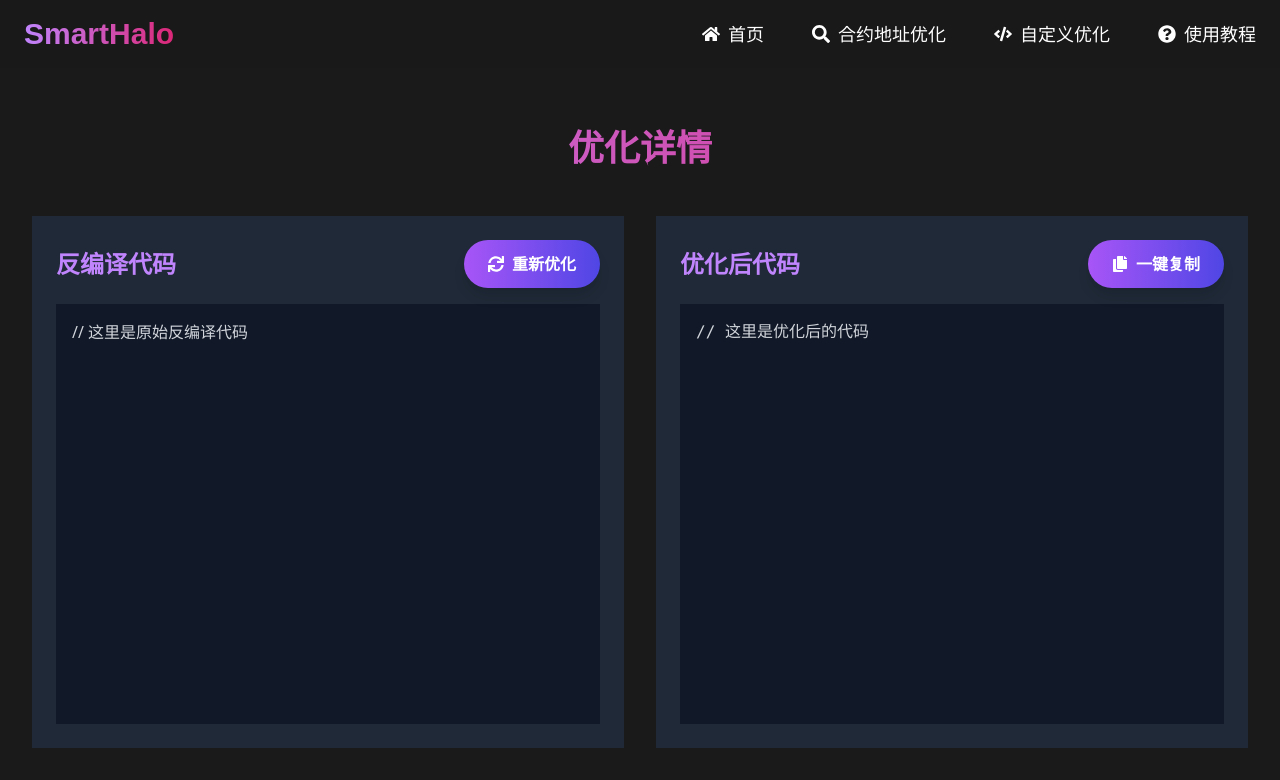
Repository: RunnerQuan/smart-halo
Page: /optimization-details
The author's editor kept a copy of each file at every save. The page is drawn from the files as they stood at one save, then again after the next save.
The browser window is 1280 px wide. The pictures show the whole page.
The project was rebuilt for these pictures with package versions that can differ from the ones it lists, and the page was loaded fresh each time. The framework's server and built-in components were replaced by stand-ins that run in the browser. Also part of the build but not shown: next.config.mjs.

Above is the page before, as saved 2024-10-18 14:54:39.

### app/optimization-details/page.tsx
// "use client";

// import { useState } from 'react';
// import { motion } from 'framer-motion';
// import AnimatedButton from '../../components/ui/animated-button';
// import Navbar from '../../components/Navbar';
// import { FaCopy, FaSync } from 'react-icons/fa';

// export default function OptimizationDetails() {
//   const [isCopied, setIsCopied] = useState(false);
//   const [originalCode, setOriginalCode] = useState('// 这里是原始反编译代码');
//   const [optimizedCode, setOptimizedCode] = useState('// 这里是优化后的代码');

//   const handleCopy = () => {
//     navigator.clipboard.writeText(optimizedCode);
//     setIsCopied(true);
//     setTimeout(() => setIsCopied(false), 2000);
//   };

//   const handleReoptimize = () => {
//     // 这里应该是重新优化的逻辑
//     console.log("重新优化");
//   };

//   return (
//     <main className="flex min-h-screen flex-col items-center justify-start p-8 bg-[#1A1A1A] text-white font-sans">
//       <Navbar />
//       <div className="mt-24 w-full max-w-7xl mx-auto">
//         <motion.h1
//           className="text-4xl font-bold mb-12 text-center text-transparent bg-clip-text bg-gradient-to-r from-purple-400 to-pink-600"
//           initial={{ opacity: 0, y: -50 }}
//           animate={{ opacity: 1, y: 0 }}
//           transition={{ duration: 0.5 }}
//         >
//           优化详情
//         </motion.h1>

//         <div className="w-full flex flex-col md:flex-row space-y-8 md:space-y-0 md:space-x-8">
//           <motion.div
//             className="flex-1 bg-gray-800 rounded-lg p-6 relative"
//             initial={{ opacity: 0, x: -50 }}
//             animate={{ opacity: 1, x: 0 }}
//             transition={{ duration: 0.5, delay: 0.2 }}
//           >
//             <h2 className="text-2xl font-semibold mb-4 text-purple-400 text-center">反编译代码</h2>
//             <textarea
//               className="w-full h-[calc(100vh-300px)] bg-gray-900 text-gray-300 p-4 rounded-lg focus:outline-none focus:ring-2 focus:ring-purple-500"
//               value={originalCode}
//               onChange={(e) => setOriginalCode(e.target.value)}
//             ></textarea>
//             <div className="absolute bottom-4 right-4">
//               <AnimatedButton onClick={handleReoptimize} className="flex items-center">
//                 <FaSync className="mr-2" />
//                 重新优化
//               </AnimatedButton>
//             </div>
//           </motion.div>

//           <motion.div
//             className="flex-1 bg-gray-800 rounded-lg p-6"
//             initial={{ opacity: 0, x: 50 }}
//             animate={{ opacity: 1, x: 0 }}
//             transition={{ duration: 0.5, delay: 0.4 }}
//           >
//             <h2 className="text-2xl font-semibold mb-4 text-purple-400 text-center">优化后代码</h2>
//             <div className="relative">
//               <pre className="w-full h-[calc(100vh-300px)] bg-gray-900 text-gray-300 p-4 rounded-lg overflow-auto">
//                 {optimizedCode}
//               </pre>
//               <div className="absolute bottom-4 right-4">
//                 <AnimatedButton onClick={handleCopy} className="flex items-center">
//                   <FaCopy className="mr-2" />
//                   一键复制
//                 </AnimatedButton>
//               </div>
//             </div>
//           </motion.div>
//         </div>

//         {isCopied && (
//           <motion.div
//             className="fixed bottom-8 right-8 bg-green-500 text-white px-4 py-2 rounded-lg shadow-lg"
//             initial={{ opacity: 0, y: 50 }}
//             animate={{ opacity: 1, y: 0 }}
//             exit={{ opacity: 0, y: 50 }}
//           >
//             优化后代码已复制到剪贴板
//           </motion.div>
//         )}
//       </div>
//     </main>
//   );
// }

"use client";

import { useState, useEffect, useRef } from 'react';
import { motion } from 'framer-motion';
import AnimatedButton from '../../components/ui/animated-button';
import Navbar from '../../components/Navbar';
import { FaCopy, FaSync } from 'react-icons/fa';

export default function OptimizationDetails() {
  const [isCopied, setIsCopied] = useState(false);
  const [originalCode, setOriginalCode] = useState('// 这里是原始反编译代码');
  const [optimizedCode, setOptimizedCode] = useState('// 这里是优化后的代码');
  const leftRef = useRef(null);
  const rightRef = useRef(null);

  useEffect(() => {
    const handleResize = () => {
      if (leftRef.current && rightRef.current) {
        rightRef.current.style.height = leftRef.current.style.height;
      }
    };

    window.addEventListener('resize', handleResize);
    handleResize();

    return () => {
      window.removeEventListener('resize', handleResize);
    };
  }, []);

  const handleCopy = () => {
    navigator.clipboard.writeText(optimizedCode);
    setIsCopied(true);
    setTimeout(() => setIsCopied(false), 2000);
  };

  const handleReoptimize = () => {
    // 这里应该是重新优化的逻辑
    console.log("重新优化");
  };

  return (
    <main className="flex min-h-screen flex-col items-center justify-start p-8 bg-[#1A1A1A] text-white font-sans">
      <Navbar />
      <div className="mt-24 w-full max-w-7xl mx-auto">
        <motion.h1
          className="text-4xl font-bold mb-12 text-center text-transparent bg-clip-text bg-gradient-to-r from-purple-400 to-pink-600"
          initial={{ opacity: 0, y: -50 }}
          animate={{ opacity: 1, y: 0 }}
          transition={{ duration: 0.5 }}
        >
          优化详情
        </motion.h1>

        <div className="w-full flex flex-col md:flex-row space-y-8 md:space-y-0 md:space-x-8">
          <motion.div
            ref={leftRef}
            className="flex-1 bg-gray-800 rounded-lg p-6 relative flex flex-col overflow-auto"
            initial={{ opacity: 0, x: -50 }}
            animate={{ opacity: 1, x: 0 }}
            transition={{ duration: 0.5, delay: 0.2 }}
          >
            <div className="flex justify-between items-center mb-4">
              <h2 className="text-2xl font-semibold text-purple-400">反编译代码</h2>
              <AnimatedButton onClick={handleReoptimize} className="flex items-center">
                <FaSync className="mr-2" />
                重新优化
              </AnimatedButton>
            </div>
            <textarea
              className="w-full h-[calc(100vh-300px)] bg-gray-900 text-gray-300 p-4 rounded-lg focus:outline-none focus:ring-2 focus:ring-purple-500 resize-none"
              value={originalCode}
              onChange={(e) => setOriginalCode(e.target.value)}
            ></textarea>
          </motion.div>

          <motion.div
            ref={rightRef}
            className="flex-1 bg-gray-800 rounded-lg p-6 relative flex flex-col overflow-auto"
            initial={{ opacity: 0, x: 50 }}
            animate={{ opacity: 1, x: 0 }}
            transition={{ duration: 0.5, delay: 0.4 }}
          >
            <div className="flex justify-between items-center mb-4">
              <h2 className="text-2xl font-semibold text-purple-400">优化后代码</h2>
              <AnimatedButton onClick={handleCopy} className="flex items-center">
                <FaCopy className="mr-2" />
                一键复制
              </AnimatedButton>
            </div>
            <pre className="w-full h-[calc(100vh-300px)] bg-gray-900 text-gray-300 p-4 rounded-lg overflow-auto resize-none">
              {optimizedCode}
            </pre>
          </motion.div>
        </div>

        {isCopied && (
          <motion.div
            className="fixed bottom-8 right-8 bg-green-500 text-white px-4 py-2 rounded-lg shadow-lg"
            initial={{ opacity: 0, y: 50 }}
            animate={{ opacity: 1, y: 0 }}
            exit={{ opacity: 0, y: 50 }}
          >
            优化后代码已复制到剪贴板
          </motion.div>
        )}
      </div>
    </main>
  );
}

### app/globals.css
@import url('https://fonts.googleapis.com/css2?family=Roboto:wght@300;400;500;700&display=swap');

@tailwind base;
@tailwind components;
@tailwind utilities;

:root {
  --foreground-rgb: 255, 255, 255;
  --background-start-rgb: 42, 42, 42;
  --background-end-rgb: 42, 42, 42;
}

body {
  color: rgb(var(--foreground-rgb));
  background: linear-gradient(
      to bottom,
      transparent,
      rgb(var(--background-end-rgb))
    )
    rgb(var(--background-start-rgb));
  font-family: 'Roboto', sans-serif;
}

### components/ui/animated-button.tsx
import React from 'react';

interface AnimatedButtonProps extends React.ButtonHTMLAttributes<HTMLButtonElement> {
  children: React.ReactNode;
}

const AnimatedButton: React.FC<AnimatedButtonProps> = ({ children, className, ...props }) => {
  return (
    <button
      className={`
        px-6 py-3 rounded-full text-white font-semibold
        bg-gradient-to-r from-purple-500 to-indigo-600
        hover:from-purple-600 hover:to-indigo-700
        transform hover:scale-105 transition duration-300 ease-in-out
        focus:outline-none focus:ring-2 focus:ring-purple-500 focus:ring-opacity-50
        shadow-lg hover:shadow-xl
        ${className}
      `}
      {...props}
    >
      {children}
    </button>
  );
};

export default AnimatedButton;

### components/Navbar.tsx
import Link from "next/link";
import { FaHome, FaCode, FaSearch, FaQuestionCircle } from 'react-icons/fa';

const navItems = [
  { name: '首页', href: '/', icon: <FaHome className="mr-2" /> },
  { name: '合约地址优化', href: '/contract-optimization', icon: <FaSearch className="mr-2" /> },
  { name: '自定义优化', href: '/custom-optimization', icon: <FaCode className="mr-2" /> },
  { name: '使用教程', href: '/help', icon: <FaQuestionCircle className="mr-2" /> },
];

export default function Navbar() {
  return (
    <nav className="fixed top-0 left-0 right-0 z-10 bg-[#1A1A1A] bg-opacity-80 backdrop-filter backdrop-blur-lg">
      <div className="container mx-auto px-6 py-4 flex justify-between items-center">
        <Link href="/" className="flex items-center">
          <span className="text-3xl font-bold bg-clip-text text-transparent bg-gradient-to-r from-purple-400 to-pink-600 font-tech">
            SmartHalo
          </span>
        </Link>
        <div className="hidden md:flex items-center space-x-12 text-lg">
          {navItems.map((item) => (
            <Link key={item.name} href={item.href} className="flex items-center">
              <span className="flex items-center">
                {item.icon}
                {item.name}
              </span>
            </Link>
          ))}
        </div>
      </div>
    </nav>
  );
}

### tailwind.config.js
module.exports = {
    darkMode: ['class'],
    content: [
    './pages/**/*.{js,ts,jsx,tsx,mdx}',
    './components/**/*.{js,ts,jsx,tsx,mdx}',
    './app/**/*.{js,ts,jsx,tsx,mdx}',
  ],
  theme: {
  	extend: {
  		fontFamily: {
  			harmonyos: ['HarmonyOS Sans', 'sans-serif'],
  			song: ['Noto Serif SC', 'serif'],
  			'noto-sans': ['Noto Sans SC', 'sans-serif'],
  			'tech': ['Orbitron', 'sans-serif']
  		},
  		backgroundImage: {
  			'gradient-radial': 'radial-gradient(var(--tw-gradient-stops))',
  			'gradient-conic': 'conic-gradient(from 180deg at 50% 50%, var(--tw-gradient-stops))'
  		},
  		borderRadius: {
  			lg: 'var(--radius)',
  			md: 'calc(var(--radius) - 2px)',
  			sm: 'calc(var(--radius) - 4px)'
  		},
  		colors: {
  			background: 'hsl(var(--background))',
  			foreground: 'hsl(var(--foreground))',
  			card: {
  				DEFAULT: 'hsl(var(--card))',
  				foreground: 'hsl(var(--card-foreground))'
  			},
  			popover: {
  				DEFAULT: 'hsl(var(--popover))',
  				foreground: 'hsl(var(--popover-foreground))'
  			},
  			primary: {
  				DEFAULT: 'hsl(var(--primary))',
  				foreground: 'hsl(var(--primary-foreground))'
  			},
  			secondary: {
  				DEFAULT: 'hsl(var(--secondary))',
  				foreground: 'hsl(var(--secondary-foreground))'
  			},
  			muted: {
  				DEFAULT: 'hsl(var(--muted))',
  				foreground: 'hsl(var(--muted-foreground))'
  			},
  			accent: {
  				DEFAULT: 'hsl(var(--accent))',
  				foreground: 'hsl(var(--accent-foreground))'
  			},
  			destructive: {
  				DEFAULT: 'hsl(var(--destructive))',
  				foreground: 'hsl(var(--destructive-foreground))'
  			},
  			border: 'hsl(var(--border))',
  			input: 'hsl(var(--input))',
  			ring: 'hsl(var(--ring))',
  			chart: {
  				'1': 'hsl(var(--chart-1))',
  				'2': 'hsl(var(--chart-2))',
  				'3': 'hsl(var(--chart-3))',
  				'4': 'hsl(var(--chart-4))',
  				'5': 'hsl(var(--chart-5))'
  			}
  		},
  		animation: {
  			pulse: 'pulse var(--duration) ease-out infinite'
  		},
  		keyframes: {
  			pulse: {
  				'0%, 100%': {
  					boxShadow: '0 0 0 0 var(--pulse-color)'
  				},
  				'50%': {
  					boxShadow: '0 0 0 8px var(--pulse-color)'
  				}
  			}
  		}
  	}
  },
  plugins: [require("tailwindcss-animate")],
}

Loaded but not shown: app/layout.tsx (common file)

After the next save:
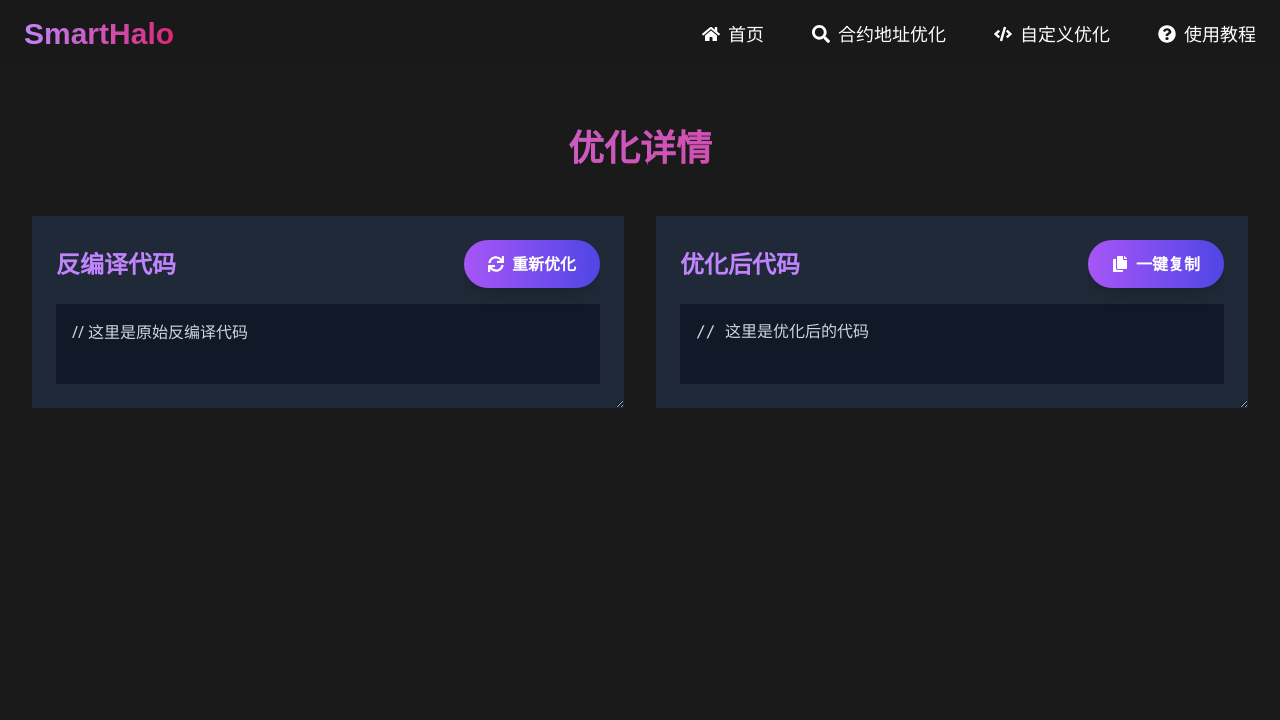
Saved 14 s later.
--- a/app/optimization-details/page.tsx
+++ b/app/optimization-details/page.tsx
@@ -149,7 +149,7 @@
         <div className="w-full flex flex-col md:flex-row space-y-8 md:space-y-0 md:space-x-8">
           <motion.div
             ref={leftRef}
-            className="flex-1 bg-gray-800 rounded-lg p-6 relative flex flex-col overflow-auto"
+            className="flex-1 bg-gray-800 rounded-lg p-6 relative flex flex-col resize overflow-auto"
             initial={{ opacity: 0, x: -50 }}
             animate={{ opacity: 1, x: 0 }}
             transition={{ duration: 0.5, delay: 0.2 }}
@@ -162,7 +162,7 @@
               </AnimatedButton>
             </div>
             <textarea
-              className="w-full h-[calc(100vh-300px)] bg-gray-900 text-gray-300 p-4 rounded-lg focus:outline-none focus:ring-2 focus:ring-purple-500 resize-none"
+              className="w-full h-full bg-gray-900 text-gray-300 p-4 rounded-lg focus:outline-none focus:ring-2 focus:ring-purple-500 resize-none"
               value={originalCode}
               onChange={(e) => setOriginalCode(e.target.value)}
             ></textarea>
@@ -170,7 +170,7 @@
 
           <motion.div
             ref={rightRef}
-            className="flex-1 bg-gray-800 rounded-lg p-6 relative flex flex-col overflow-auto"
+            className="flex-1 bg-gray-800 rounded-lg p-6 relative flex flex-col resize overflow-auto"
             initial={{ opacity: 0, x: 50 }}
             animate={{ opacity: 1, x: 0 }}
             transition={{ duration: 0.5, delay: 0.4 }}
@@ -182,7 +182,7 @@
                 一键复制
               </AnimatedButton>
             </div>
-            <pre className="w-full h-[calc(100vh-300px)] bg-gray-900 text-gray-300 p-4 rounded-lg overflow-auto resize-none">
+            <pre className="w-full h-full bg-gray-900 text-gray-300 p-4 rounded-lg overflow-auto resize-none">
               {optimizedCode}
             </pre>
           </motion.div>

After the save that followed:
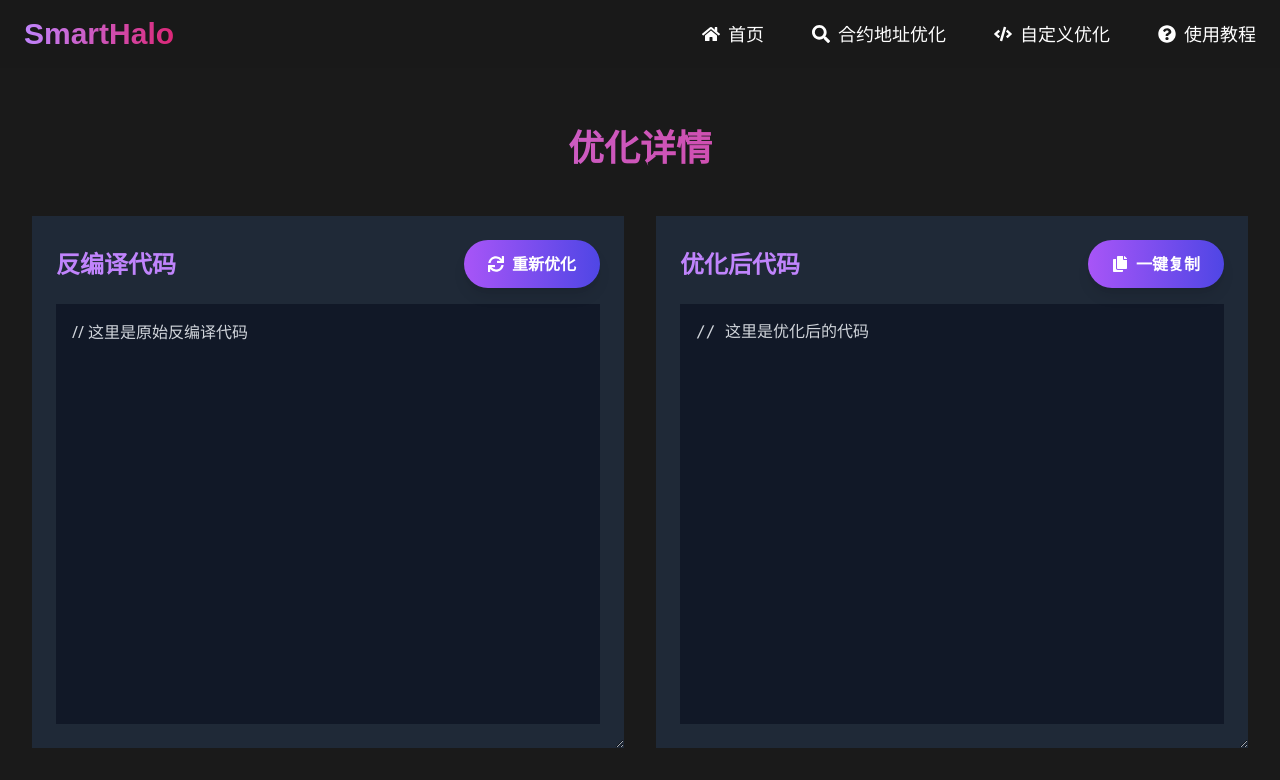
Saved 3 min 25 s later.
--- a/app/optimization-details/page.tsx
+++ b/app/optimization-details/page.tsx
@@ -162,7 +162,7 @@
               </AnimatedButton>
             </div>
             <textarea
-              className="w-full h-full bg-gray-900 text-gray-300 p-4 rounded-lg focus:outline-none focus:ring-2 focus:ring-purple-500 resize-none"
+              className="w-full h-[calc(100vh-300px)] bg-gray-900 text-gray-300 p-4 rounded-lg focus:outline-none focus:ring-2 focus:ring-purple-500 resize-none"
               value={originalCode}
               onChange={(e) => setOriginalCode(e.target.value)}
             ></textarea>
@@ -182,7 +182,7 @@
                 一键复制
               </AnimatedButton>
             </div>
-            <pre className="w-full h-full bg-gray-900 text-gray-300 p-4 rounded-lg overflow-auto resize-none">
+            <pre className="w-full h-[calc(100vh-300px)] bg-gray-900 text-gray-300 p-4 rounded-lg overflow-auto resize-none">
               {optimizedCode}
             </pre>
           </motion.div>
